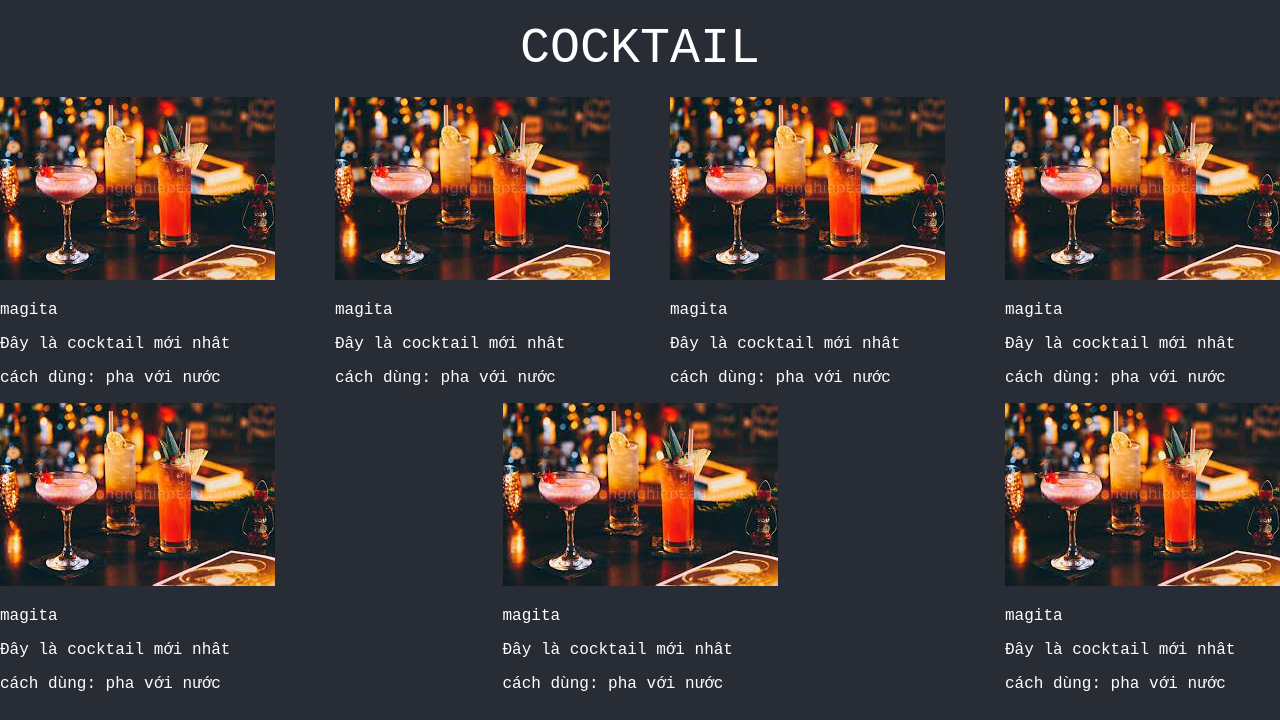
Repository: phunobi1807/coctails
Page: /
An editor plug-in stored every save of this project. The page is shown before and after the next save, followed by the edit.
The browser window is 1280 px wide. The pictures show the whole page.
The project was rebuilt for these pictures with package versions that can differ from the ones it lists, and the page was loaded fresh each time.

Above is the page before, as saved 2021-09-25 12:59:32.

### src/App.js
import React from 'react';
import './App.scss';
import  ListCocktails from "./components/ListCocktails"

function App() {
  return (
    <div className="App">
        <header><span>C</span>OCKTAIL</header>
        <ListCocktails />
    </div>
  );
}

export default App;

### src/App.scss
* {
  background-color: #282c34;
  color: white;
  font-family: 'Courier New', Courier, monospace, sans-serif;
}
.App
{
  header
  {
    font-size: 50px;
    text-align: center;
    margin: 20px 0;
  }
}

### src/components/ListCocktails.scss
.container
{
    display: flex;
    justify-content: space-between;
    flex-wrap: wrap;

}

Loaded but not shown: public/index.html (common file); src/index.js (common file); src/index.css (common file); src/reportWebVitals.js (common file); src/components/ListCocktails.js (library)

After the next save:
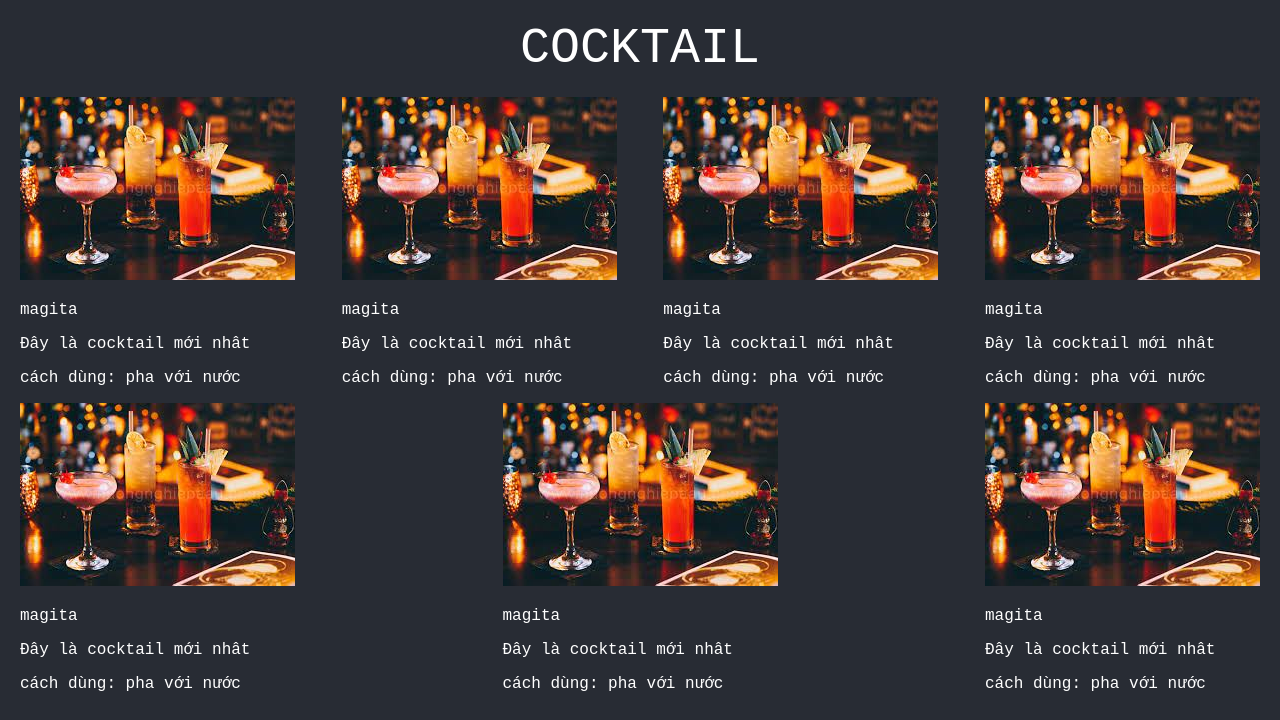
Saved 25 s later.
--- a/src/components/ListCocktails.scss
+++ b/src/components/ListCocktails.scss
@@ -3,5 +3,6 @@
     display: flex;
     justify-content: space-between;
     flex-wrap: wrap;
+    padding: 0 20px;
 
 }
